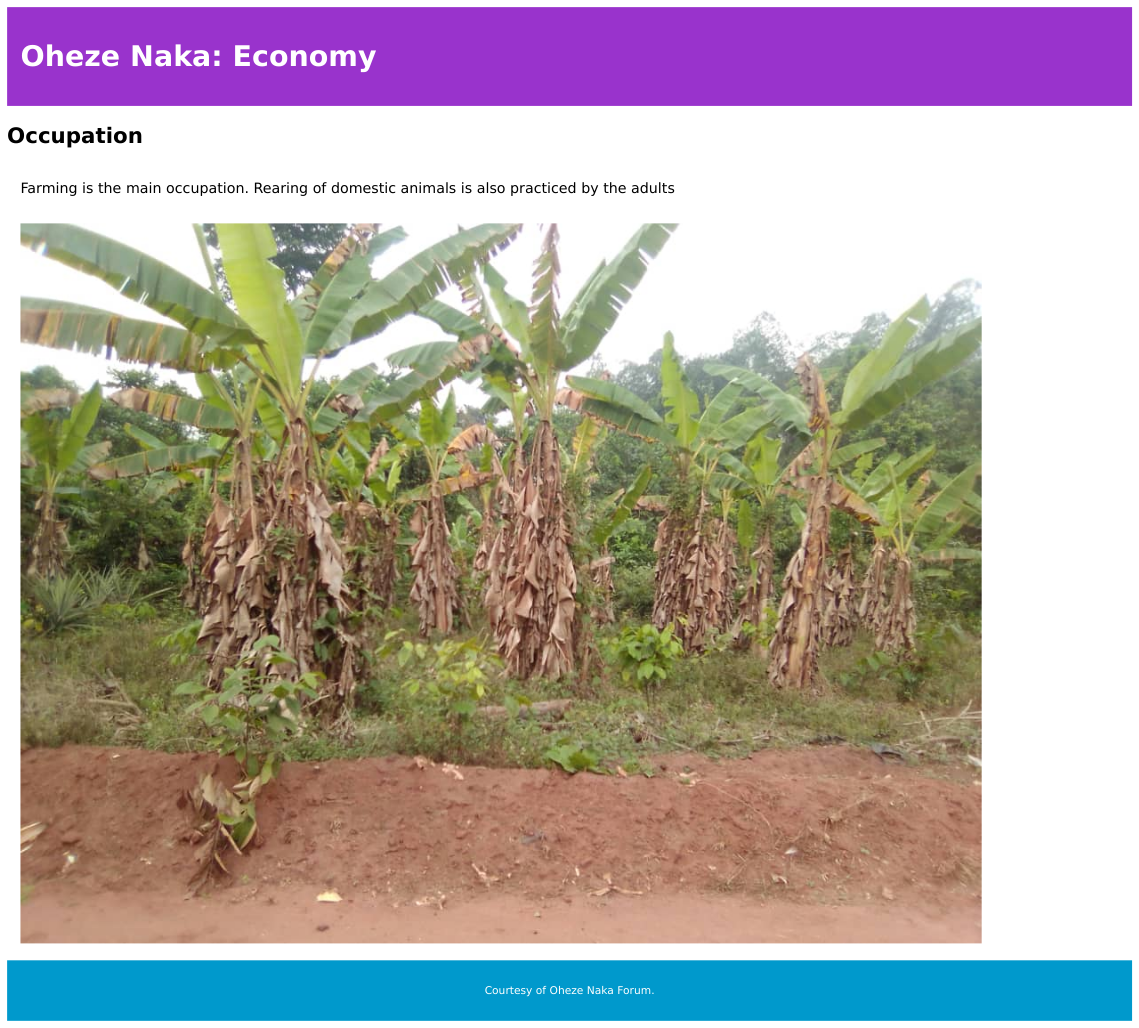
Repository: OtasowieRotimiOsifo/oheze-naka-forum
Page: economy.html
An editor plug-in stored every save of this project. The page is shown before and after the next save, followed by the edit.
The browser window is 1280 px wide. The pictures show the whole page, at 89% of full size.

Above is the page before, as saved 2021-04-01 22:43:51.

After the next save:
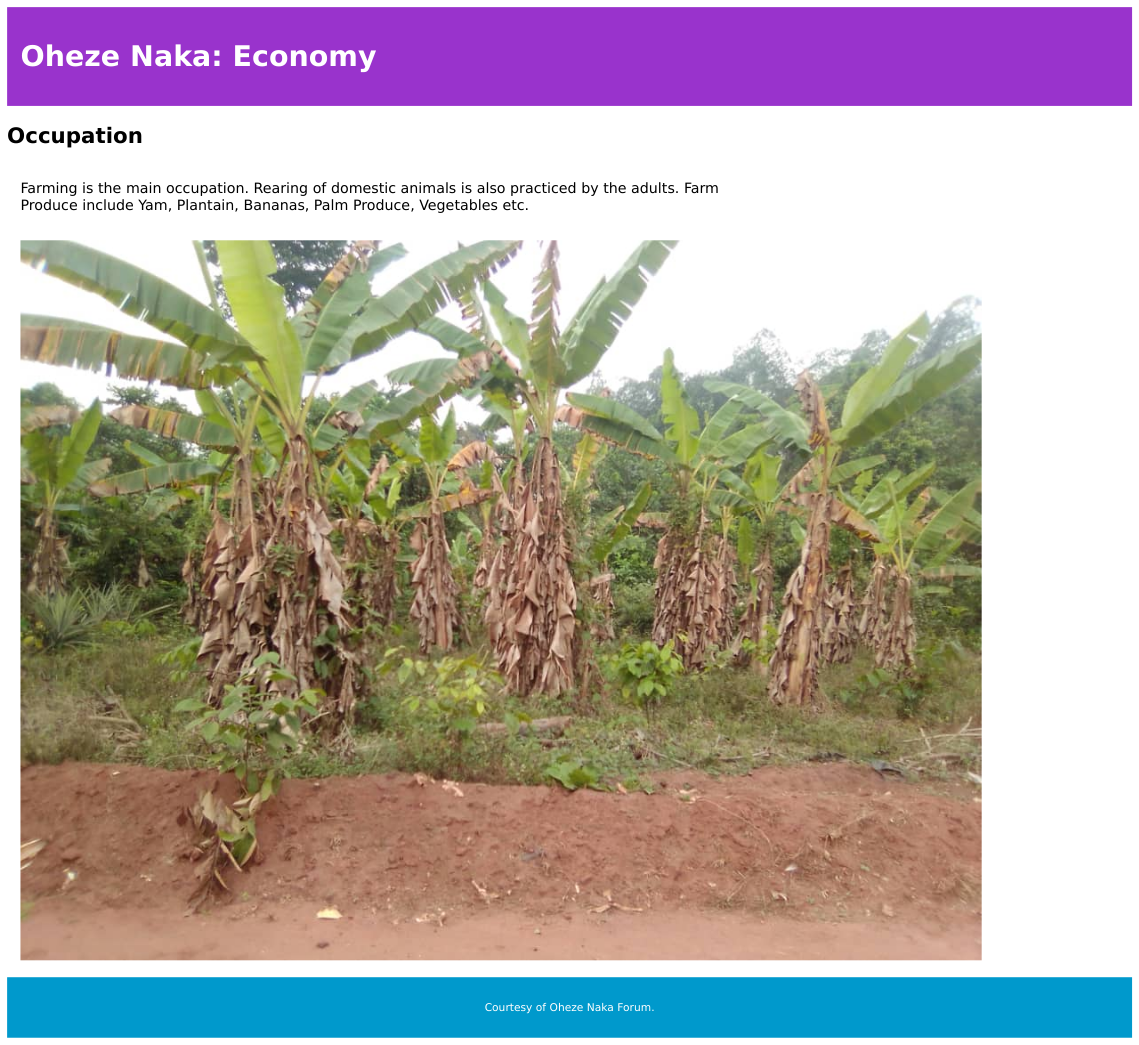
Saved 2 min 49 s later.
--- a/economy.html
+++ b/economy.html
@@ -110,7 +110,8 @@ html {
 <div class="row">
   <h2>Occupation</h2>
   <div class="col-8 col-s-9">
-      <span>Farming is the main occupation. Rearing of domestic animals is also practiced by the adults </span>
+      <span>Farming is the main occupation. Rearing of domestic animals is also practiced by the adults. </span>
+      <span>Farm Produce include Yam, Plantain, Bananas, Palm Produce, Vegetables etc.</span>
     </div>
   </div>
   <div class="row">
